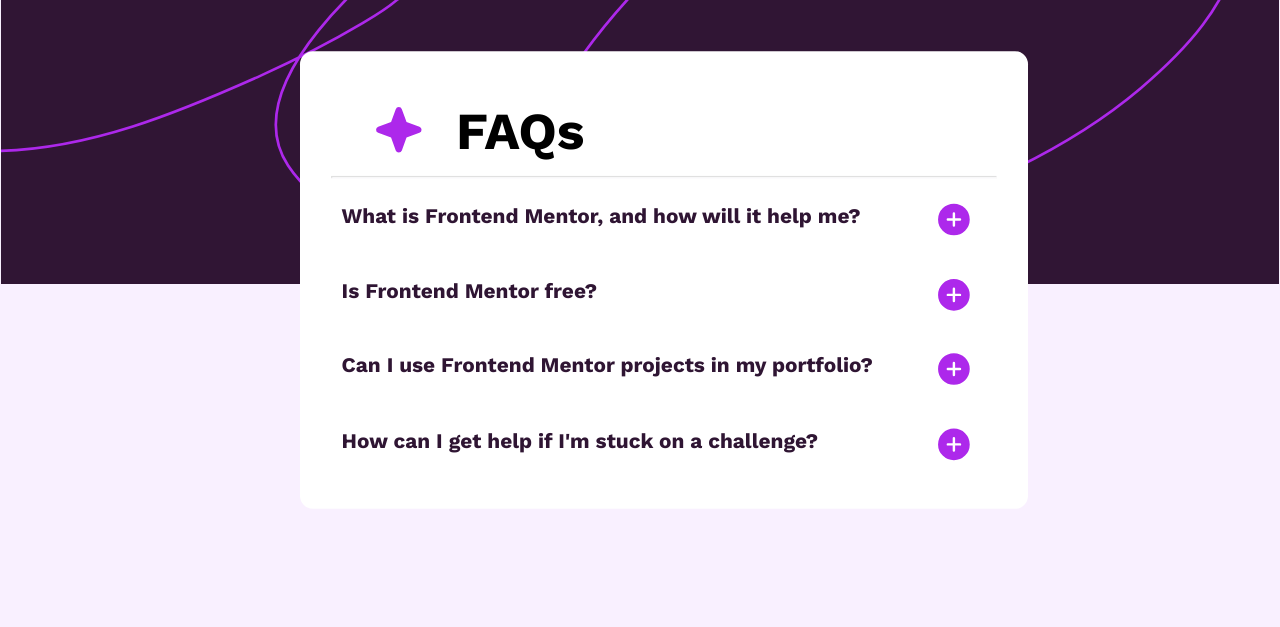
Repository: imokha01/accordion-main
Page: index.html
An editor plug-in stored every save of this project. The page is shown before and after the next save, followed by the edit.
The browser window is 1280 px wide. The pictures show the whole page.

Above is the page before, as saved 2023-12-28 00:02:16.

After the next save:
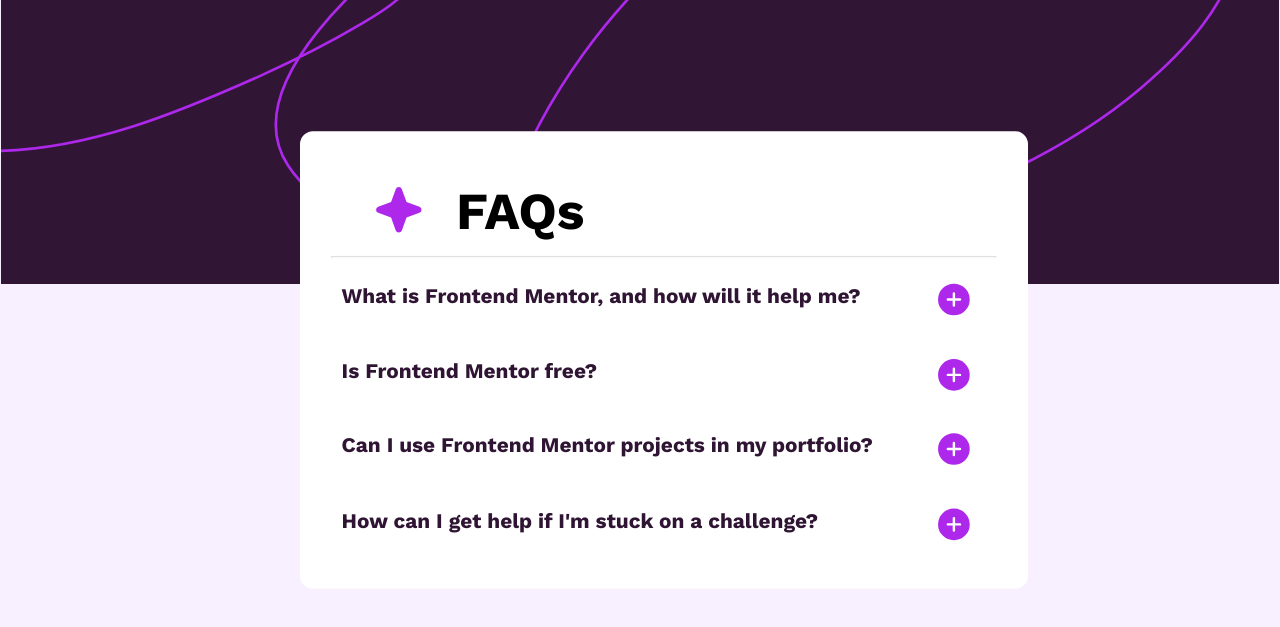
Saved 41 s later.
--- a/index.css
+++ b/index.css
@@ -51,7 +51,7 @@
     padding: inherit;
     width: inherit;
     overflow: hidden;
-    margin-top: 5rem;
+    margin-top: 10rem;
     transition: height 0.5s ease-in 1ms;
     overflow: hidden;
     transform: scale(1.3);
